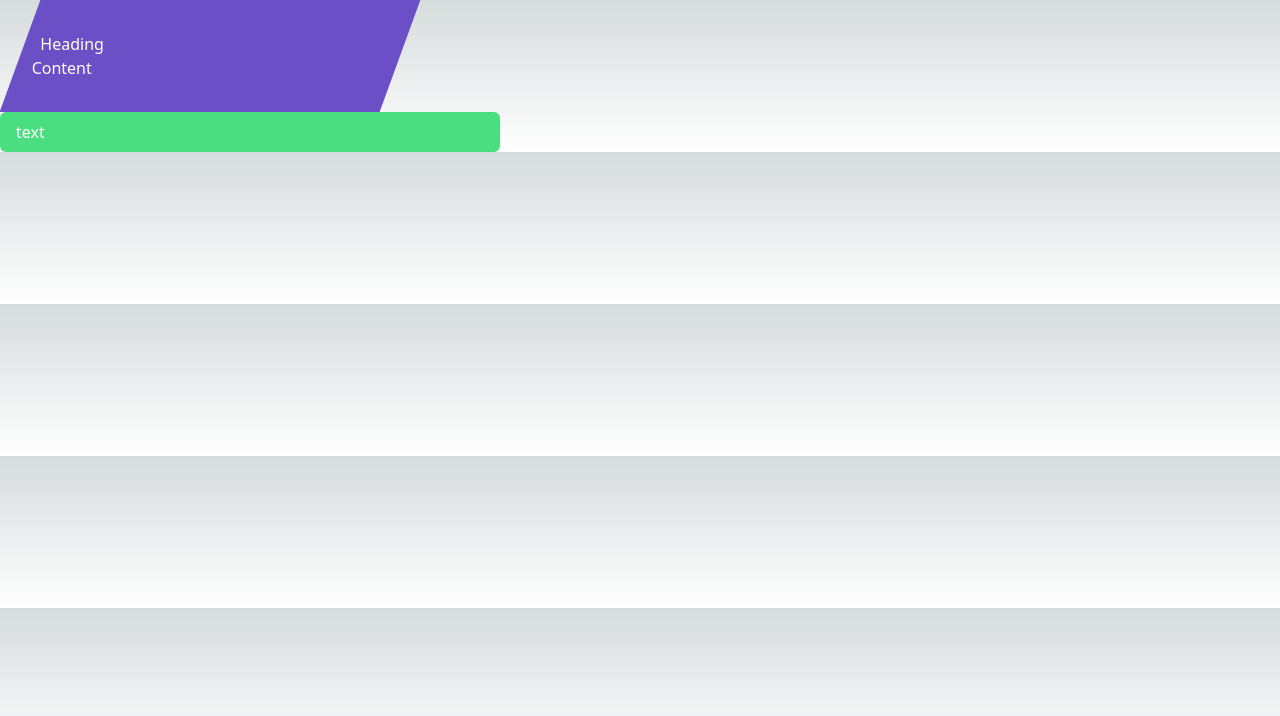
Repository: PreciousOritsedere/jasere-test
Page: /
The author's editor kept a copy of each file at every save. The page is drawn from the files as they stood at one save, then again after a run of saves.
The browser window is 1280 px wide. The pictures show the whole page.
The project was rebuilt for these pictures with package versions that can differ from the ones it lists, and the page was loaded fresh each time. The framework's server and built-in components were replaced by stand-ins that run in the browser. Also part of the build but not shown: next.config.mjs.

Above is the page before, as saved 2024-03-26 14:37:03.

After the next 2 saves:
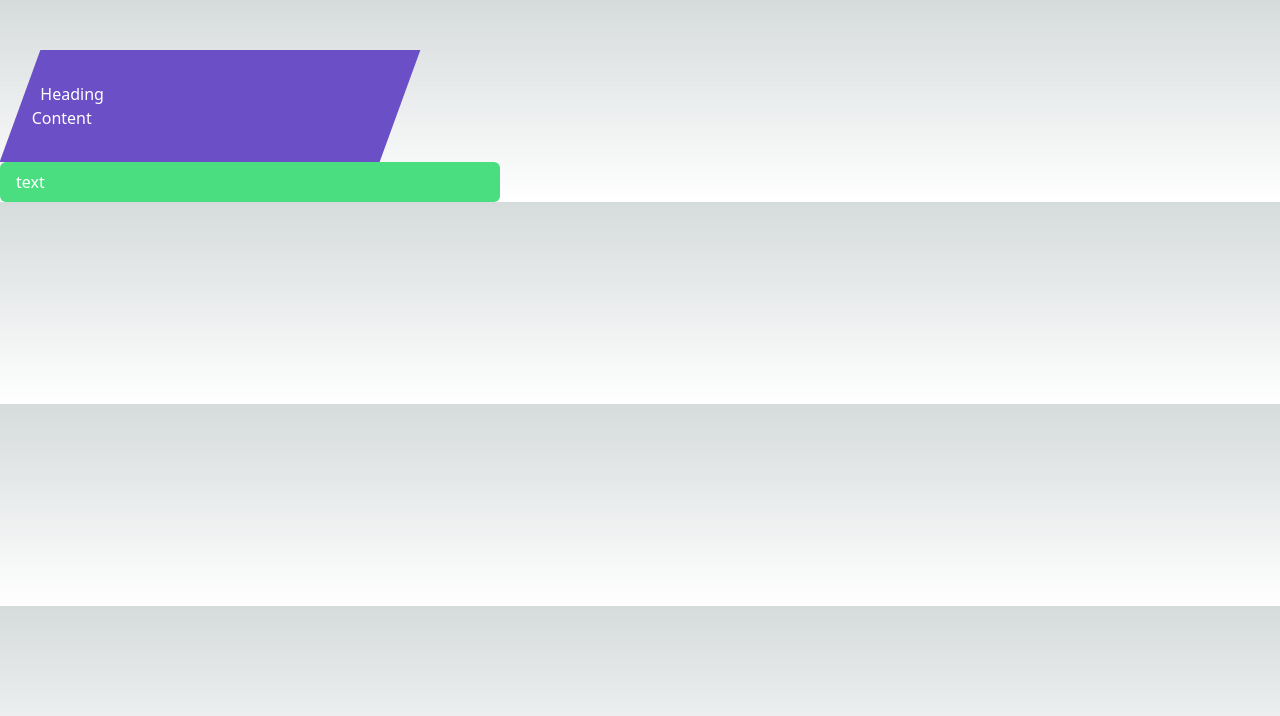
The 2 saves are shown as one change because they came seconds apart.
The last was saved 21 s later.
--- a/src/pages/index.js
+++ b/src/pages/index.js
@@ -2,7 +2,7 @@ import Image from "next/image";
 
 export default function Home() {
   return (
-    <main className="max-w-[500px] w-full flex flex-col items-startgap-2">
+    <main className="max-w-[500px] w-full mt-[50px] flex flex-col items-startgap-2">
       <div className="parallelogram">
         <h3>Heading</h3>
         <p>Content</p>
